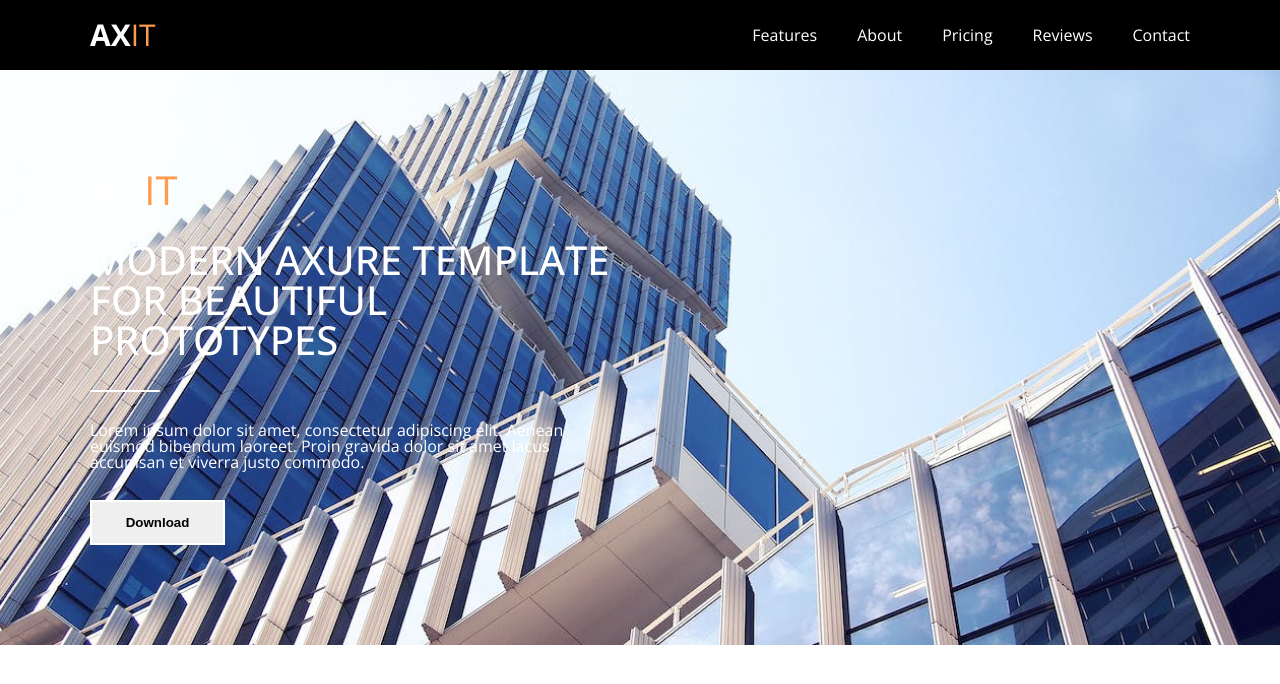
Repository: dinhtri123/axureThems
Page: index.html
These files come from the project's save history. The page is drawn as it stood at one moment and after the next save; the edit follows.
The browser window is 1280 px wide. The pictures show the whole page.

Above is the page before, as saved 2023-02-11 15:10:32.

After the next save:
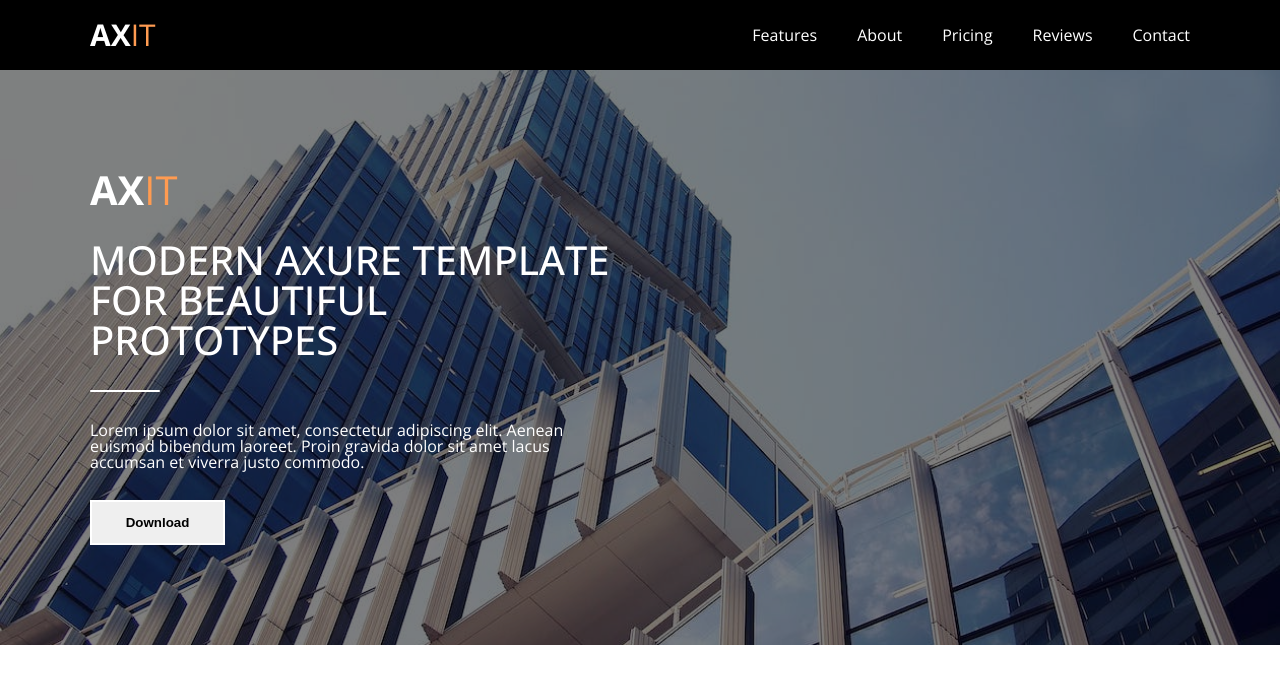
Saved 18 s later.
--- a/style.css
+++ b/style.css
@@ -76,7 +76,7 @@ nav ul li a {
   width: 100%;
   height: 100%;
   z-index: 0;
-  filter: brightness();
+  filter: brightness(0.5);
 }
 .imageBanner img {
   width: 100%;
